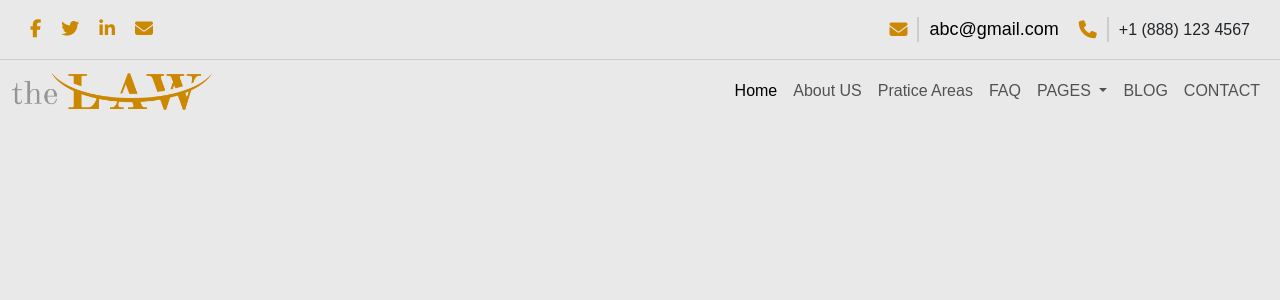
Repository: arehmanraza/lawyer_website
Page: Pages/index.html
These files come from the project's save history. The page is drawn as it stood at one moment and after a run of saves; the edit follows.
The browser window is 1280 px wide. The pictures show the whole page.
Some web libraries are served in a nearby version.

Above is the page before, as saved 2024-05-22 01:48:09.

### Pages/index.html
<!DOCTYPE html>
<html lang="en">
  <head>
    <meta charset="utf-8" />
    <meta name="viewport" content="width=device-width, initial-scale=1" />
    <title>The Lawyer</title>
    <link
      rel="stylesheet"
      href="https://pro.fontawesome.com/releases/v5.10.0/css/all.css"
      integrity="sha384-AYmEC3Yw5cVb3ZcuHtOA93w35dYTsvhLPVnYs9eStHfGJvOvKxVfELGroGkvsg+p"
      crossorigin="anonymous"
    />
    <link rel="stylesheet" href="/Styling/style.css" />
    <link
      rel="stylesheet"
      href="https://cdnjs.cloudflare.com/ajax/libs/font-awesome/6.5.2/css/all.min.css"
      integrity="sha512-SnH5WK+bZxgPHs44uWIX+LLJAJ9/2PkPKZ5QiAj6Ta86w+fsb2TkcmfRyVX3pBnMFcV7oQPJkl9QevSCWr3W6A=="
      crossorigin="anonymous"
      referrerpolicy="no-referrer"
    />
    <link
      href="https://cdn.jsdelivr.net/npm/bootstrap@5.3.3/dist/css/bootstrap.min.css"
      rel="stylesheet"
      integrity="sha384-QWTKZyjpPEjISv5WaRU9OFeRpok6YctnYmDr5pNlyT2bRjXh0JMhjY6hW+ALEwIH"
      crossorigin="anonymous"
    />
  </head>
  <body>
    <div class="main-container">


      <!-- ---------------head_top_container start ------------------  -->




      <div class="head_top">
        <div class="head_top_left">
          <ul>
            <li>
              <i class="icon2 fa-brands fa-facebook-f"></i>
            </li>
            <li>
              <i class="icon2 fa-brands fa-twitter"></i>
            </li>
            <li>
              <i class="icon2 fa-brands fa-linkedin-in"></i>
            </li>
            <li>
              <i class="icon2 fa-solid fa-envelope"></i>
            </li>
          </ul>
        </div>
        <div class="head_top_right">
          <ul>
            <li>
              <i class="icon2 fa-solid fa-envelope"></i>
              <p class="border1"></p>
              <span><a class="phoneno" href = "mailto: a.rehman78766@gmail.com">abc@gmail.com</a></span>
            </li>
            <li>
              <i class="icon2 fa-solid fa-phone"></i>
              <p class="border1"></p>
              <span>+1 (888) 123 4567</span>
            </li>

          </ul>
        </div>
      </div>
      <!-- ---------------head_top_container end ------------------  -->






      <!-- ---------------Navbar_container start ------------------  -->


      <nav class="navbar navbar-expand-lg ">
        <div class="container-fluid">
          <a class="navbar-brand" href="#"><img src="/Images/logo.png"  width="200px"></a>
          <button class="navbar-toggler" type="button" data-bs-toggle="collapse" data-bs-target="#navbarSupportedContent" aria-controls="navbarSupportedContent" aria-expanded="false" aria-label="Toggle navigation">
            <span class="navbar-toggler-icon"></span>
          </button>
          <div class="collapse navbar-collapse" id="navbarSupportedContent">
            <ul class="navbar-nav ms-auto mb-2 mb-lg-0">
              <li class="nav-item">
                <a class="nav-link active" aria-current="page" href="#">Home</a>
              </li>
              <li class="nav-item">
                <a class="nav-link" href="#">About US</a>
              </li>
              <li class="nav-item">
                <a class="nav-link" href="#">Pratice Areas</a>
              </li>
              <li class="nav-item">
                <a class="nav-link" href="#">FAQ</a>
              </li>

              <li class="nav-item dropdown">
                <a class="nav-link dropdown-toggle" href="#" role="button" data-bs-toggle="dropdown" aria-expanded="false">
                  PAGES
                </a>
                <ul class="dropdown-menu">
                  <li><a class="dropdown-item" href="#">SHOP</a></li>
                  <li><a class="dropdown-item" href="#">ABOUT 2</a></li>
                  <li><a class="dropdown-item" href="#">CONTACT 2</a></li>
                </ul>
              </li>
              <li class="nav-item">
                <a class="nav-link" href="#">BLOG</a>
              </li>
              <li class="nav-item">
                <a class="nav-link" href="#">CONTACT</a>
              </li>
            </ul>

          </div>
        </div>
      </nav>





      <!-- ---------------Navbar_container end ------------------  -->





    </div>
    <script
      src="https://cdn.jsdelivr.net/npm/bootstrap@5.3.3/dist/js/bootstrap.bundle.min.js"
      integrity="sha384-YvpcrYf0tY3lHB60NNkmXc5s9fDVZLESaAA55NDzOxhy9GkcIdslK1eN7N6jIeHz"
      crossorigin="anonymous"
    ></script>
  </body>
</html>

### Styling/style.css
*{
    margin: 0;
    padding: 0;
    box-sizing: border-box;
    font-family: Arial, Helvetica, sans-serif, "Montserrat";
}
.main-container{
    background-color: #e9e9e9;
    width: 100%;
    height: 100vh;
    padding: 0px;
}

.head_top {
    width: 100%;
    height: 60px;
    display: flex;
    justify-content: space-between;
    align-items: center; /* Center items vertically */
    border-bottom: 1px solid #ccc;
    padding: 0px 20px;
}

.head_top_left {
    width: 50%;
    display: flex; /* Ensure the left container is also using flexbox */
    align-items: center; /* Center items vertically */
}
.head_top_left ul {
    display: flex;
    list-style: none;
    padding: 0;
    margin: 0;
}
.head_top_left ul li{
    padding: 0px 10px;
}
.head_top_right{
    display: flex;
    align-items: center;
    width: 50%;
}
.head_top_right ul{
    display: flex;
    list-style: none;
    padding: 0;
    margin: 0px 0px 0px auto;

}
.head_top_right ul li{
    padding: 0px 10px;
    display: flex;
    align-items: center;
}
.border1{
    border-left: 2px solid #ccc;

    height: 25px;
    margin: 0px 10px;
}
.icon2{
    color:  #cc8800;
  font-size: large;
}
.phoneno{
    color: black;
    font-size: 18px;
    font-weight: 500;
    text-decoration: none
}

After the next 3 saves:
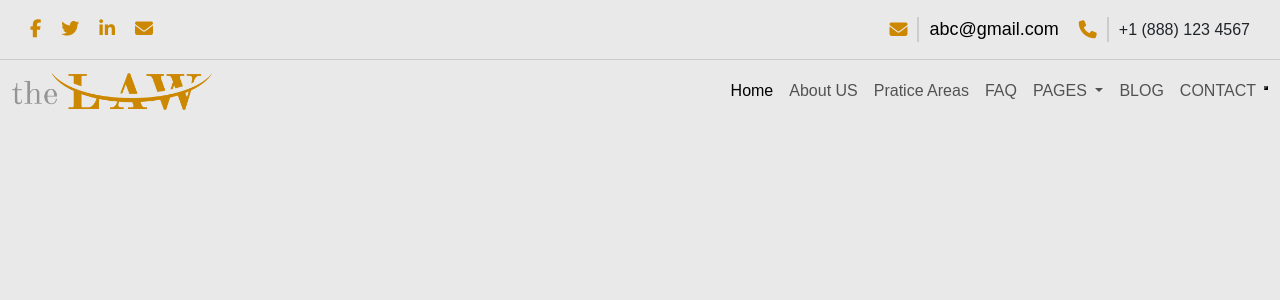
The 3 saves are shown as one change because they came seconds apart.
The last was saved 9 s later.
--- a/Pages/index.html
+++ b/Pages/index.html
@@ -114,6 +114,9 @@
               <li class="nav-item">
                 <a class="nav-link" href="#">CONTACT</a>
               </li>
+              <li class="nav-item">
+                <button></button>
+              </li>
             </ul>
 
           </div>
